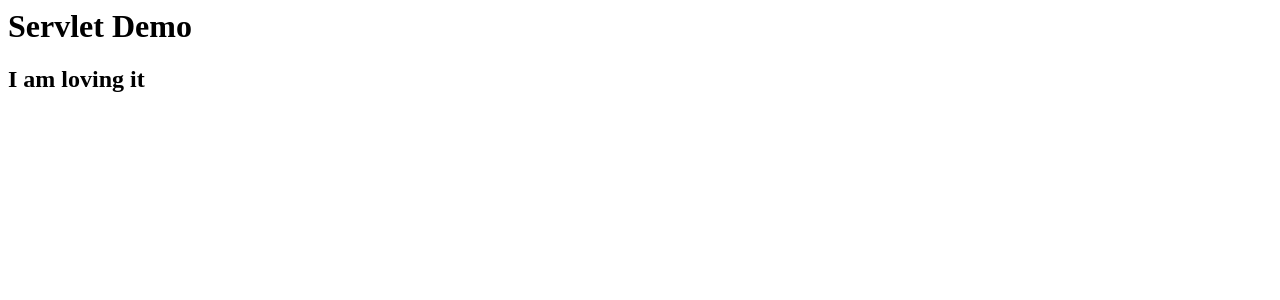
Repository: mayankk2202/Phase-2
Page: http://localhost/DemoServlet/MyFirstWebPage
An editor plug-in stored every save of this project. The page is shown before and after the next save, followed by the edit.
The browser window is 1280 px wide. The pictures show the whole page.
The page is served by Tomcat 9.

Above is the page before, as saved 2021-06-26 16:45:36.

After the next save:
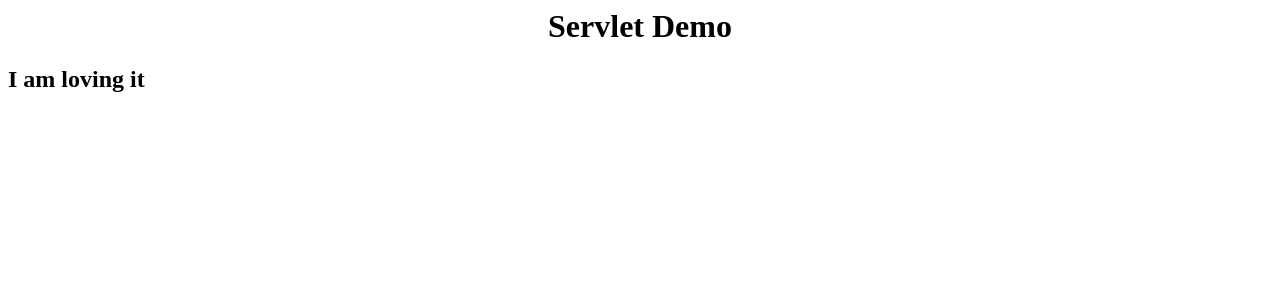
Saved 2 min 46 s later.
--- a/DemoServlet/src/main/java/com/servlet/GetServlet.java
+++ b/DemoServlet/src/main/java/com/servlet/GetServlet.java
@@ -21,7 +21,7 @@ public class GetServlet extends HttpServlet {
 //		response.getWriter().append("Served at: ").append(request.getContextPath());
 		response.setContentType("text/html");
 		PrintWriter pw = response.getWriter();
-		pw.println("<h1>"+mymsg+"</h1>");
+		pw.println("<h1 align = center>"+mymsg+"</h1>");
 		pw.println("<h2>"+"I am loving it"+"<h2>");
 	}
 
